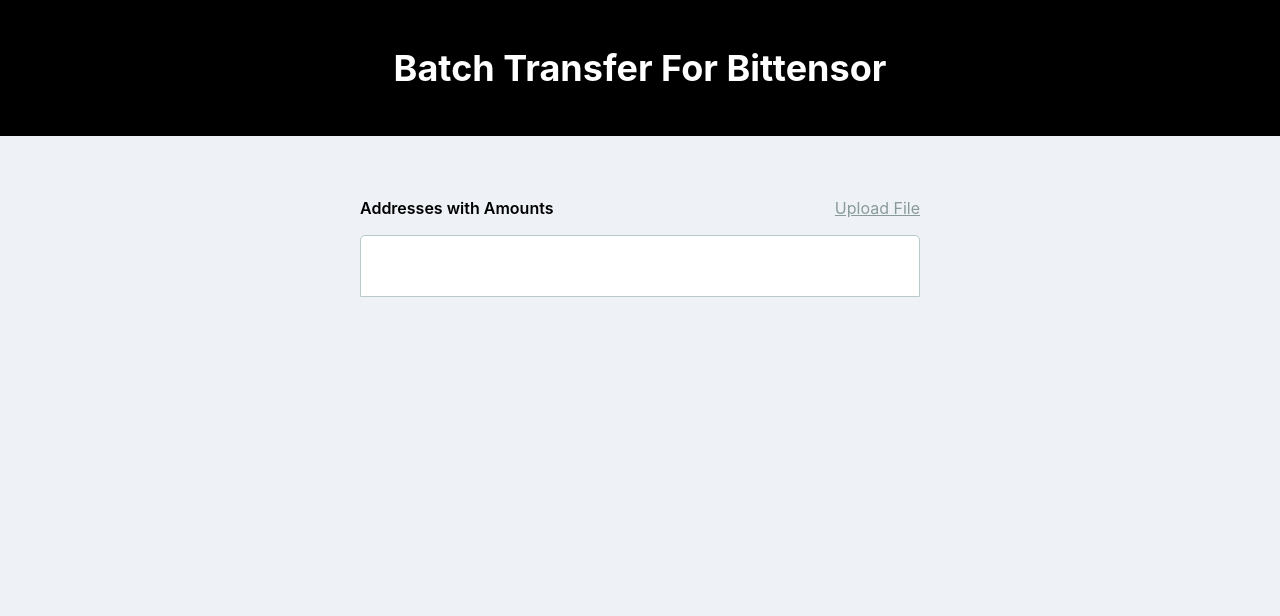
Repository: Dawid-Ace/batch_transfer_tao_master_ui
Page: /
An editor plug-in stored every save of this project. The page is shown before and after the next save, followed by the edit.
The browser window is 1280 px wide. The pictures show the whole page.
The project was rebuilt for these pictures with package versions that can differ from the ones it lists, and the page was loaded fresh each time.

Above is the page before, as saved 2023-05-10 03:45:39.

After the next save:
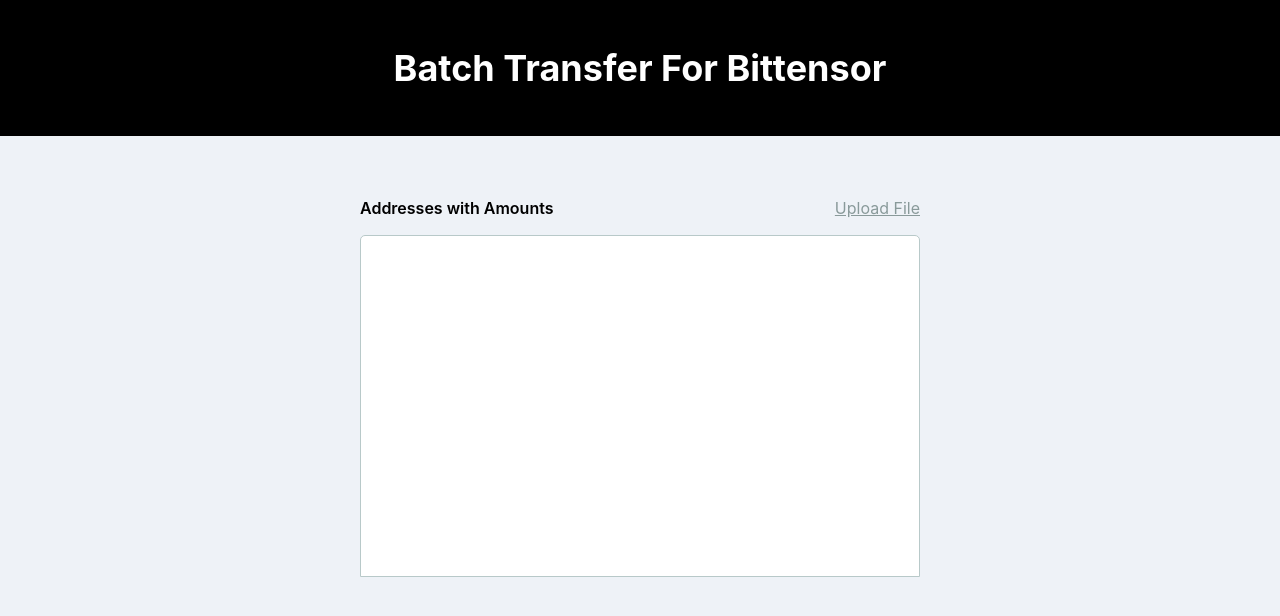
Saved 3 min 9 s later.
--- a/src/components/TransferForm/index.jsx
+++ b/src/components/TransferForm/index.jsx
@@ -115,8 +115,8 @@
     border-top-left-radius: 5px;
     border-top-right-radius: 5px;
     padding: 20px;
-    background-color: white
-
+    background-color: white;
+    min-height: 300px;
   `
 
   return (
